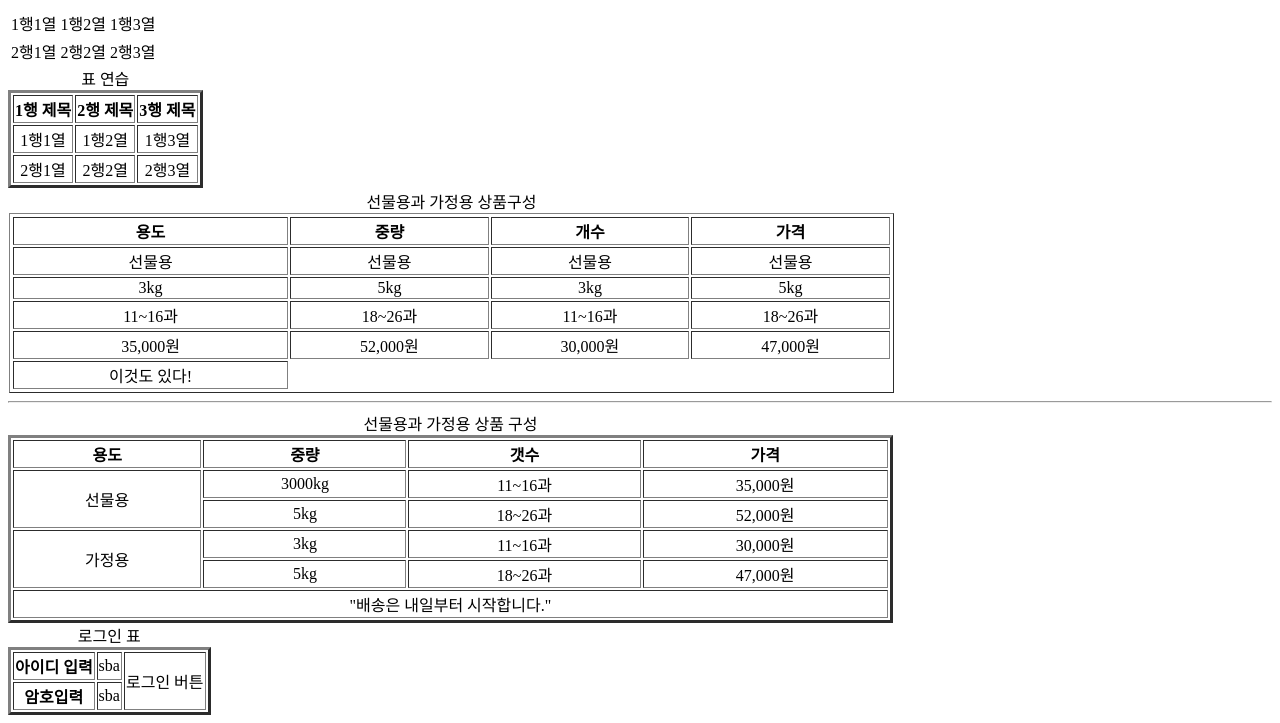
Repository: Kray273/JSLab
Page: html/src/main/webapp/Day96/table.html
The author's editor kept a copy of each file at every save. The page is drawn from the files as they stood at one save, then again after the next save.
The browser window is 1280 px wide. The pictures show the whole page.

Above is the page before, as saved 2022-11-24 02:31:04.

After the next save:
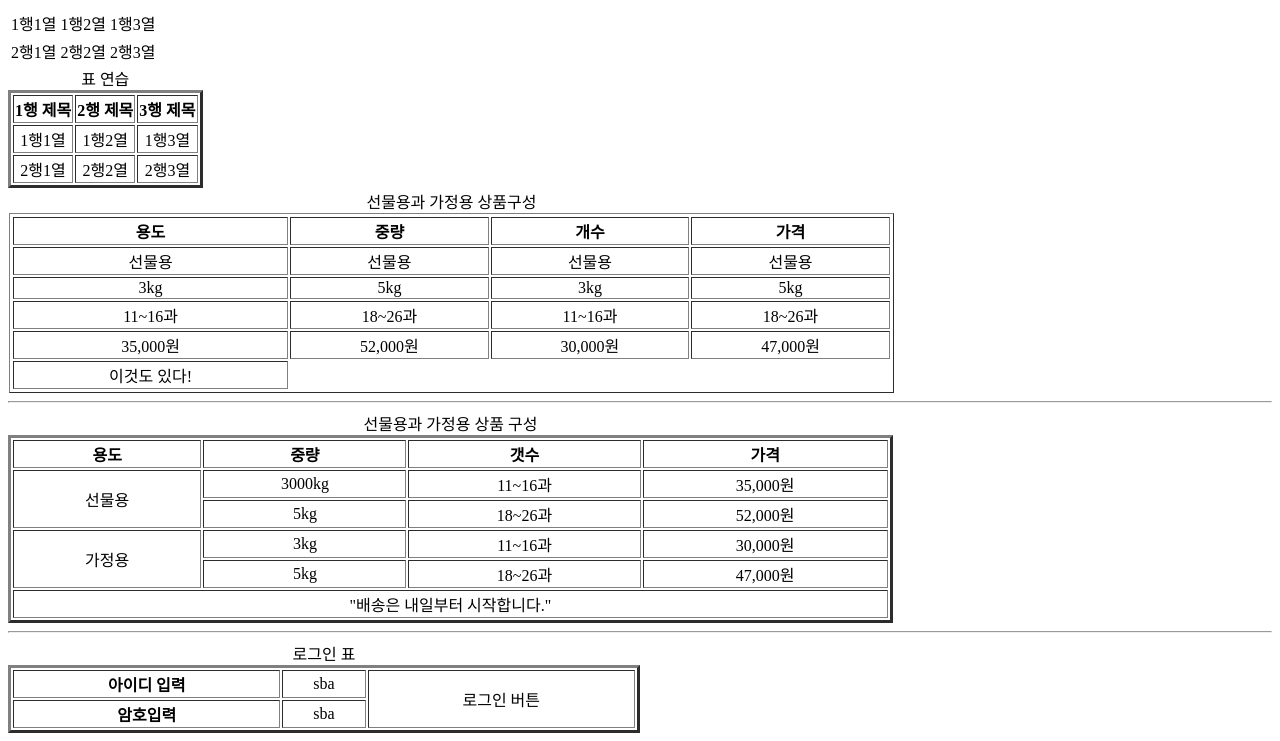
Saved 29 s later.
--- a/html/src/main/webapp/Day96/table.html
+++ b/html/src/main/webapp/Day96/table.html
@@ -112,8 +112,9 @@
     <tfoot><tr><td colspan="4">"배송은 내일부터 시작합니다."</td></tr></tfoot>
   </table>
 
+ <hr>
  <!-- 실습 -->
- <table border="3">
+ <table border="3" style="width: 50%">
  	<caption> 로그인 표</caption>
 		<tr>
 			<th>아이디 입력</th>
